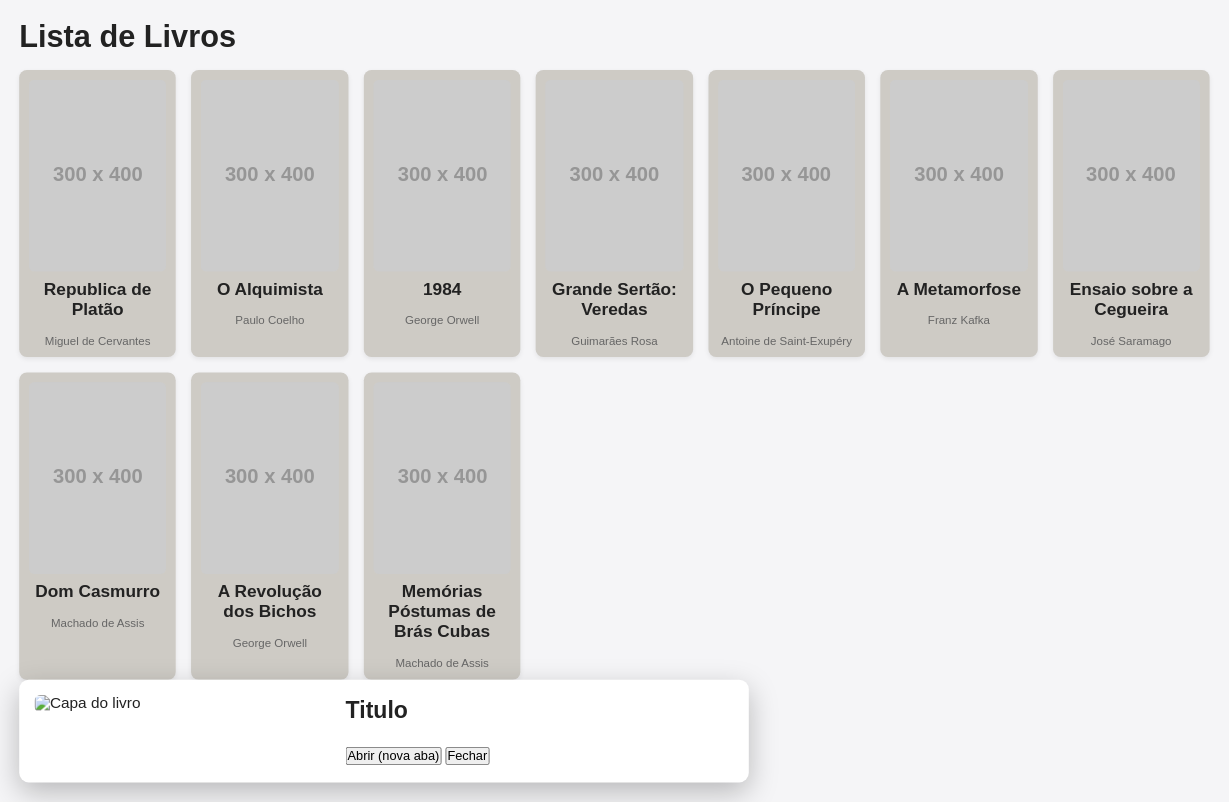
Repository: cleytonds/Biblioteca
Page: templates/lista_livros.HTML
The author's editor kept a copy of each file at every save. The page is drawn from the files as they stood at one save, then again after the next save.
The browser window is 1280 px wide. The pictures show the whole page, at 96% of full size.

Above is the page before, as saved 2025-11-15 17:10:54.

After the next save:
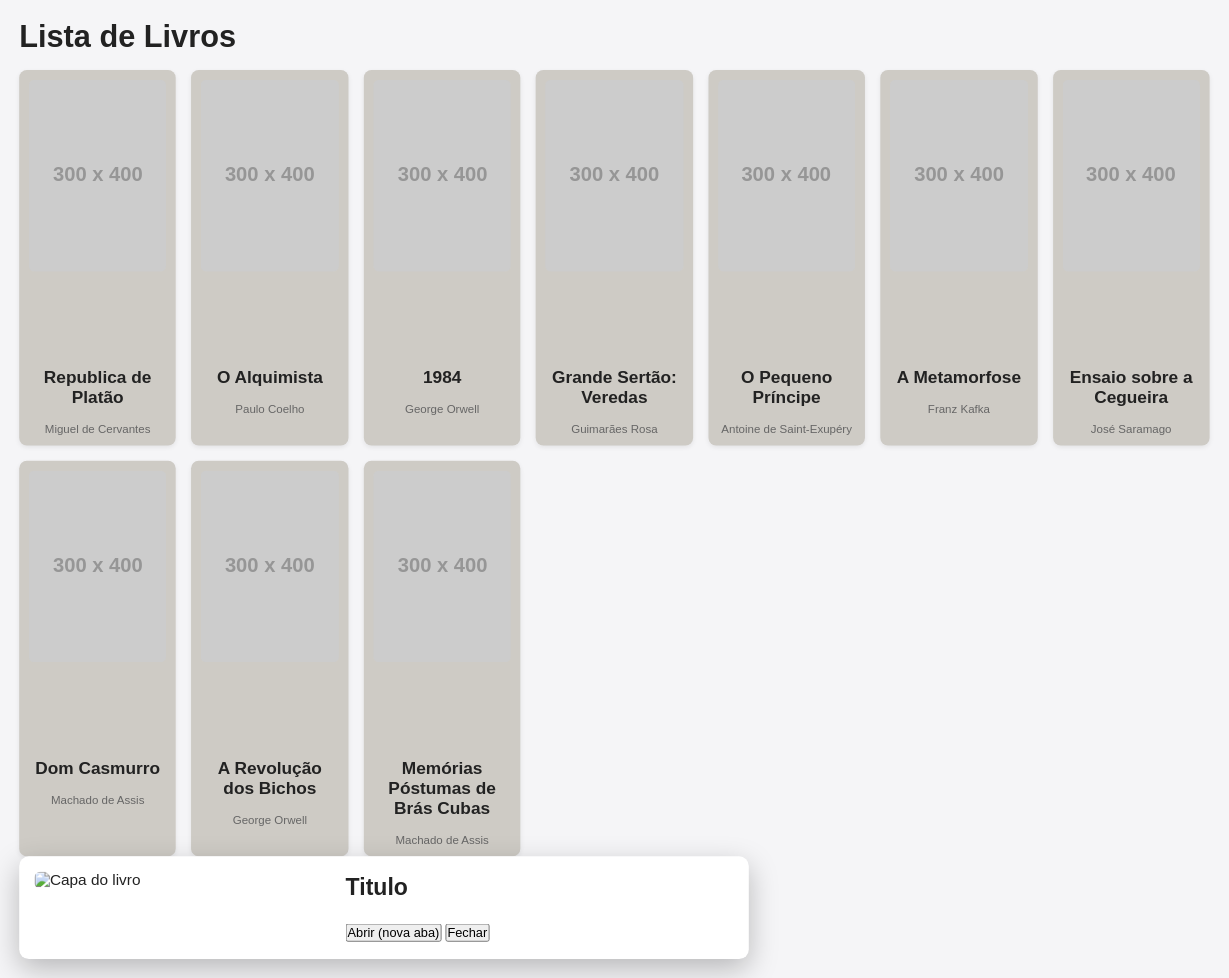
Saved 40 s later.
--- a/Static/lista_de_livros.css
+++ b/Static/lista_de_livros.css
@@ -49,7 +49,7 @@
     height: 200px;
     object-fit: cover;
     border-radius: 6px;
-    margin-bottom: 8px;
+    margin-bottom: 100px;
 
 }
 .book .title {

After the save that followed:
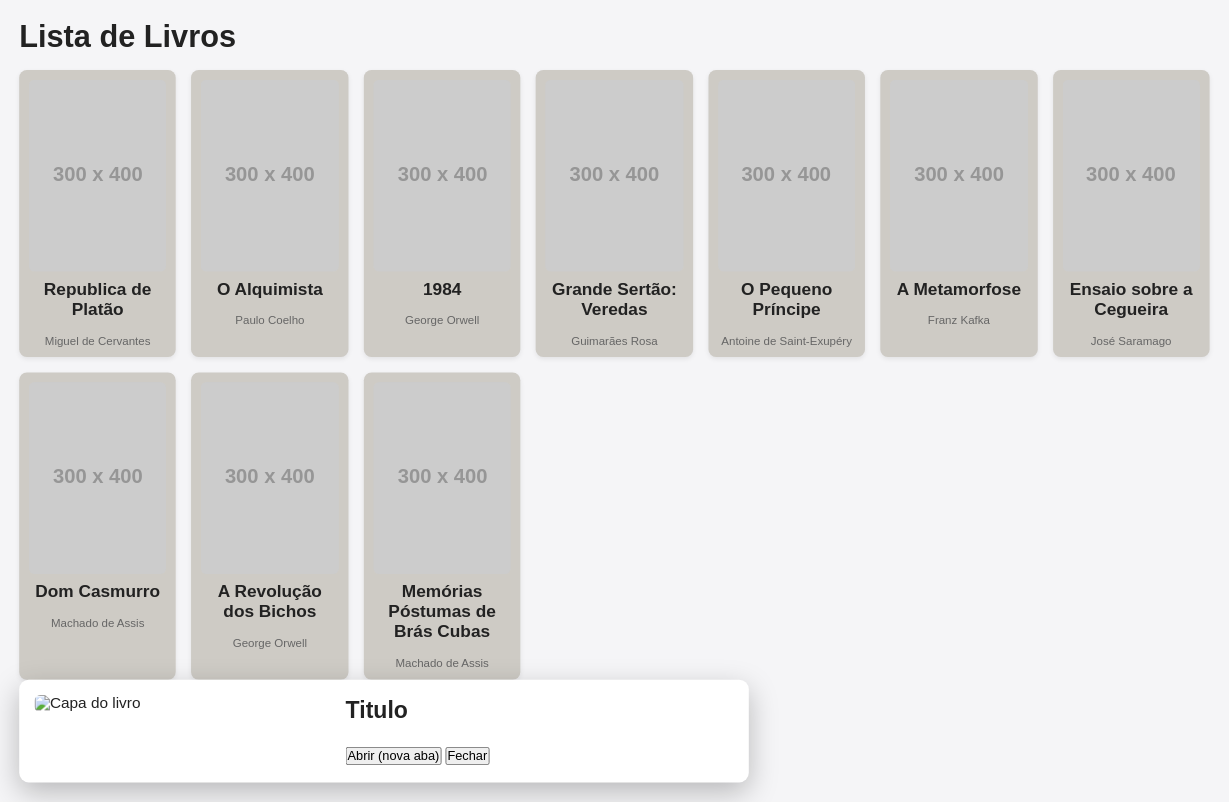
Saved 8 s later.
--- a/Static/lista_de_livros.css
+++ b/Static/lista_de_livros.css
@@ -49,7 +49,7 @@
     height: 200px;
     object-fit: cover;
     border-radius: 6px;
-    margin-bottom: 100px;
+    margin-bottom: 8px;
 
 }
 .book .title {
